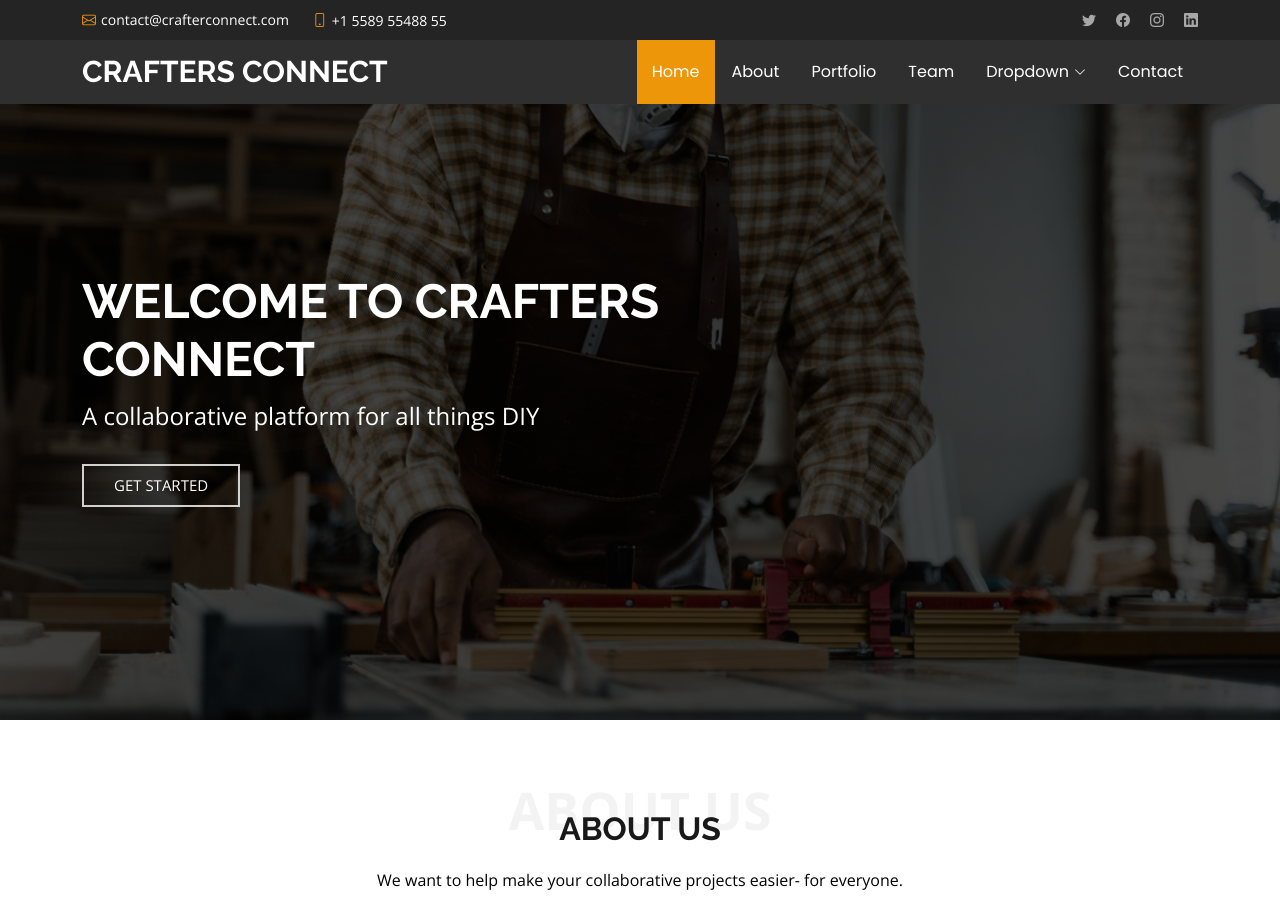
Repository: alemunden/Crafter-Connect-Marketing-Website
Page: index.html
An editor plug-in stored every save of this project. The page is shown before and after the next save, followed by the edit.
The browser window is 1280 px wide. The pictures show the part of the page from y = 0 to 908 px (the page is 4850 px tall).
A picture or video elsewhere on the page could not be fetched, so the positions and the page height are approximate.

Above is the page before, as saved 2024-05-14 22:52:14.

### index.html
<!DOCTYPE html>
<html lang="en">

<head>
  <meta charset="utf-8">
  <meta content="width=device-width, initial-scale=1.0" name="viewport">
  <title>Crafters Connect</title>
  <meta content="" name="description">
  <meta content="" name="keywords">

  <!-- Favicons -->
  <link href="assets/img/favicon.png" rel="icon">
  <link href="assets/img/apple-touch-icon.png" rel="apple-touch-icon">

  <!-- Fonts -->
  <link href="https://fonts.googleapis.com" rel="preconnect">
  <link href="https://fonts.gstatic.com" rel="preconnect" crossorigin>
  <link href="https://fonts.googleapis.com/css2?family=Open+Sans:ital,wght@0,300;0,400;0,500;0,600;0,700;0,800;1,300;1,400;1,500;1,600;1,700;1,800&family=Poppins:ital,wght@0,100;0,200;0,300;0,400;0,500;0,600;0,700;0,800;0,900;1,100;1,200;1,300;1,400;1,500;1,600;1,700;1,800;1,900&family=Raleway:ital,wght@0,100;0,200;0,300;0,400;0,500;0,600;0,700;0,800;0,900;1,100;1,200;1,300;1,400;1,500;1,600;1,700;1,800;1,900&display=swap" rel="stylesheet">

  <!-- Vendor CSS Files -->
  <link href="assets/vendor/bootstrap/css/bootstrap.min.css" rel="stylesheet">
  <link href="assets/vendor/bootstrap-icons/bootstrap-icons.css" rel="stylesheet">
  <link href="assets/vendor/aos/aos.css" rel="stylesheet">
  <link href="assets/vendor/swiper/swiper-bundle.min.css" rel="stylesheet">
  <link href="assets/vendor/glightbox/css/glightbox.min.css" rel="stylesheet">

  <!-- Main CSS File -->
  <link href="assets/css/main.css" rel="stylesheet">

  <!-- =======================================================
  * Template Name: Day
  * Template URL: https://bootstrapmade.com/day-multipurpose-html-template-for-free/
  * Updated: May 10 2024 with Bootstrap v5.3.3
  * Author: BootstrapMade.com
  * License: https://bootstrapmade.com/license/
  ======================================================== -->
</head>

<body class="index-page">

  <header id="header" class="header fixed-top">

    <div class="topbar d-flex align-items-center">
      <div class="container d-flex justify-content-center justify-content-md-between">
        <div class="contact-info d-flex align-items-center">
          <i class="bi bi-envelope d-flex align-items-center"><a href="mailto:contact@example.com">contact@crafterconnect.com</a></i>
          <i class="bi bi-phone d-flex align-items-center ms-4"><span>+1 5589 55488 55</span></i>
        </div>
        <div class="social-links d-none d-md-flex align-items-center">
          <a href="#" class="twitter"><i class="bi bi-twitter"></i></a>
          <a href="#" class="facebook"><i class="bi bi-facebook"></i></a>
          <a href="#" class="instagram"><i class="bi bi-instagram"></i></a>
          <a href="#" class="linkedin"><i class="bi bi-linkedin"></i></a>
        </div>
      </div>
    </div><!-- End Top Bar -->

    <div class="branding d-flex align-items-center">

      <div class="container position-relative d-flex align-items-center justify-content-between">
        <a href="index.html" class="logo d-flex align-items-center">
          <!-- Uncomment the line below if you also wish to use an image logo -->
          <!-- <img src="assets/img/logo.png" alt=""> -->
          <h1 class="sitename">Crafters Connect</h1>
        </a>

        <nav id="navmenu" class="navmenu">
          <ul>
            <li><a href="#hero" class="">Home</a></li>
            <li><a href="#about">About</a></li>
            <li><a href="#portfolio">Portfolio</a></li>
            <li><a href="#team">Team</a></li>
            <li class="dropdown"><a href="#"><span>Dropdown</span> <i class="bi bi-chevron-down toggle-dropdown"></i></a>
              <ul>
                <li><a href="#">Dropdown 1</a></li>
                <li class="dropdown"><a href="#"><span>Deep Dropdown</span> <i class="bi bi-chevron-down toggle-dropdown"></i></a>
                  <ul>
                    <li><a href="#">Deep Dropdown 1</a></li>
                    <li><a href="#">Deep Dropdown 2</a></li>
                    <li><a href="#">Deep Dropdown 3</a></li>
                    <li><a href="#">Deep Dropdown 4</a></li>
                    <li><a href="#">Deep Dropdown 5</a></li>
                  </ul>
                </li>
                <li><a href="#">Dropdown 2</a></li>
                <li><a href="#">Dropdown 3</a></li>
                <li><a href="#">Dropdown 4</a></li>
              </ul>
            </li>
            <li><a href="#contact">Contact</a></li>
          </ul>
          <i class="mobile-nav-toggle d-xl-none bi bi-list"></i>
        </nav>
      </div>

    </div>

  </header>

  <main class="main">

    <!-- Hero Section -->
    <section id="hero" class="hero section">

      <img src="assets/img/hero-bg.jpg" alt="" data-aos="fade-in">

      <div class="container" data-aos="fade-up" data-aos-delay="100">
        <div class="row justify-content-start">
          <div class="col-lg-8">
            <h2 class="">Welcome to Crafters Connect</h2>
            <p>A collaborative platform for all things DIY</p>
            <a href="#about" class="btn-get-started">Get Started</a>
          </div>
        </div>
      </div>

    </section><!-- /Hero Section -->

    <!-- About Section -->
    <section id="about" class="about section">

      <!-- Section Title -->
      <div class="container section-title" data-aos="fade-up">
        <span class="">About Us<br></span>
        <h2 class="">About Us<br></h2>
        <p>We want to help make your collaborative projects easier- for everyone.</p>
      </div><!-- End Section Title -->

      <div class="container">

        <div class="row gy-4">

          <div class="col-lg-6 order-1 order-lg-2" data-aos="fade-up" data-aos-delay="100">
            <video src="assets/img/Final.mp4" class="img-fluid" alt="" autoplay muted loop>
          </div>

          <div class="col-lg-6 order-2 order-lg-1 content" data-aos="fade-up" data-aos-delay="200">
            <h3>An All-Purpose App</h3>
            <p class="fst-italic">
              Crafter Connect is an app designed by creators, for creators.
            </p>
            <ul>
              <li><i class="bi bi-check-circle"></i> <span>Real-time editing and sharing of files between collaborators</span></li>
              <li><i class="bi bi-check-circle"></i> <span>Project progress indicators</span></li>
              <li><i class="bi bi-check-circle"></i> <span>A community full of artists and creators ready to share their projects</span></li>
            </ul>
          </div>

        </div>

      </div>

    </section><!-- /About Section -->

    <!-- Cards Section -->
    <section id="cards" class="cards section">

      <div class="container">

        <div class="row no-gutters">

          <div class="col-lg-4 col-md-6 card" data-aos="fade-up" data-aos-delay="100">
            <span>01</span>
            <h4>Create Projects</h4>
            <p>Start a DIY project in our app using our innovative tools such as a built-in tutorial editor and a video section.</p>
          </div><!-- End Card Item -->

          <div class="col-lg-4 col-md-6 card" data-aos="fade-up" data-aos-delay="200">
            <span>02</span>
            <h4>Invite Collaborators</h4>
            <p>Invite other creators and collaborators to work together on something you love.</p>
          </div><!-- End Card Item -->

          <div class="col-lg-4 col-md-6 card" data-aos="fade-up" data-aos-delay="300">
            <span>03</span>
            <h4>Set Milestones</h4>
            <p>Create milestones to gauge your progress in a way that feels more rewarding than just a simple to-do list.</p>
          </div><!-- End Card Item -->

          <div class="col-lg-4 col-md-6 card" data-aos="fade-up" data-aos-delay="400">
            <span>04</span>
            <h4>Manage Your Files</h4>
            <p>Add, remove, and edit files related to your project all in real-time with your fellow collaborators in a shared space.</p>
          </div><!-- End Card Item -->

          <div class="col-lg-4 col-md-6 card" data-aos="fade-up" data-aos-delay="400">
            <span>05</span>
            <h4>Share Your Creations</h4>
            <p>Share your projects with the world, whether it's on our creator community or on other platforms.</p>
          </div><!-- End Card Item -->

          <div class="col-lg-4 col-md-6 card" data-aos="fade-up" data-aos-delay="600">
            <span>06</span>
            <h4>Visit the Community</h4>
            <p>Discover a dedicated community of other creators and their DIY projects in our community posts.</p>
          </div><!-- End Card Item -->

        </div>

      </div>

    </section><!-- /Cards Section -->

    <!-- Call To Action Section -->
    <section id="call-to-action" class="call-to-action section">

      <div class="container">
        <div class="row justify-content-center" data-aos="zoom-in" data-aos-delay="100">
          <div class="col-xl-10">
            <div class="text-center">
              <h3>About our App</h3>
              <p>Crafters Connect is a collaborative platform for any and all Do-It-Yourself projects from home improvement to everyday crafting. Create a central place to share anything and everything about your project, and invite other collaborators to help work with you, share their project, and update important milestones. Once you've completed something, why not share it with the world? Crafters Connect features a community of creators and crafters just like you who are eager to put their creations out there using our dedicated community forum and posts. Whether you are a real hard worker, a casual crafter, or even just someone who likes to help out others, Crafters Connect has a place for you.</p>
            </div>
          </div>
        </div>
      </div>

    </section><!-- /Call To Action Section -->

    <!-- Team Section -->
    <section id="team" class="team section">

      <!-- Section Title -->
      <div class="container section-title" data-aos="fade-up">
        <span class="">Team</span>
        <h2>Team</h2>
        <p>The people behind our app!</p>
      </div><!-- End Section Title -->

      <div class="container">

        <div class="row">

          <div class="col-lg-4 col-md-6 d-flex" data-aos="fade-up" data-aos-delay="100">
            <div class="member">
              <img src="assets/img/team/team-1.jpg" class="img-fluid" alt="">
              <div class="member-content">
                <h4>Katelyn Starchuk</h4>
                <span>UX/UI/User Research</span>
                <div class="social">
                  <a href=""><i class="bi bi-twitter"></i></a>
                  <a href=""><i class="bi bi-facebook"></i></a>
                  <a href=""><i class="bi bi-instagram"></i></a>
                  <a href=""><i class="bi bi-linkedin"></i></a>
                </div>
              </div>
            </div>
          </div><!-- End Team Member -->

          <div class="col-lg-4 col-md-6 d-flex" data-aos="fade-up" data-aos-delay="200">
            <div class="member">
              <img src="assets/img/team/sandyphoto.jpg" class="img-fluid" alt="">
              <div class="member-content">
                <h4>Sandy San</h4>
                <span>Dev</span>
                <div class="social">
                  <a href=""><i class="bi bi-twitter"></i></a>
                  <a href=""><i class="bi bi-facebook"></i></a>
                  <a href=""><i class="bi bi-instagram"></i></a>
                  <a href=""><i class="bi bi-linkedin"></i></a>
                </div>
              </div>
            </div>
          </div><!-- End Team Member -->

          <div class="col-lg-4 col-md-6 d-flex" data-aos="fade-up" data-aos-delay="300">
            <div class="member">
              <img src="assets/img/team/team-3.jpg" class="img-fluid" alt="">
              <div class="member-content">
                <h4>Alejandra Munden</h4>
                <span>Graphics/Creative Designer</span>
                <div class="social">
                  <a href=""><i class="bi bi-twitter"></i></a>
                  <a href=""><i class="bi bi-facebook"></i></a>
                  <a href=""><i class="bi bi-instagram"></i></a>
                  <a href=""><i class="bi bi-linkedin"></i></a>
                </div>
              </div>
            </div>
          </div><!-- End Team Member -->

          <div class="col-lg-4 col-md-6 d-flex" data-aos="fade-up" data-aos-delay="300">
            <div class="member">
              <img src="assets/img/team/team-3.jpg" class="img-fluid" alt="">
              <div class="member-content">
                <h4>Yeongtaek Lee</h4>
                <span>Biz/Dev</span>
                <div class="social">
                  <a href=""><i class="bi bi-twitter"></i></a>
                  <a href=""><i class="bi bi-facebook"></i></a>
                  <a href=""><i class="bi bi-instagram"></i></a>
                  <a href=""><i class="bi bi-linkedin"></i></a>
                </div>
              </div>
            </div>
          </div><!-- End Team Member -->

        </div>

      </div>

    </section><!-- /Team Section -->

    <!-- Contact Section -->
    <section id="contact" class="contact section">

      <!-- Section Title -->
      <div class="container section-title" data-aos="fade-up">
        <span class="">Contact</span>
        <h2 class="">Contact</h2>
        <p>Necessitatibus eius consequatur ex aliquid fuga eum quidem sint consectetur velit</p>
      </div><!-- End Section Title -->

      <div class="container" data-aos="fade-up" data-aos-delay="100">

        <div class="row gy-4">

          <div class="col-lg-6">
            <div class="info-item d-flex flex-column justify-content-center align-items-center" data-aos="fade-up" data-aos-delay="200">
              <i class="bi bi-geo-alt"></i>
              <h3>Address</h3>
              <p>A108 Adam Street, New York, NY 535022</p>
            </div>
          </div><!-- End Info Item -->

          <div class="col-lg-3 col-md-6">
            <div class="info-item d-flex flex-column justify-content-center align-items-center" data-aos="fade-up" data-aos-delay="300">
              <i class="bi bi-telephone"></i>
              <h3>Call Us</h3>
              <p>+1 5589 55488 55</p>
            </div>
          </div><!-- End Info Item -->

          <div class="col-lg-3 col-md-6">
            <div class="info-item d-flex flex-column justify-content-center align-items-center" data-aos="fade-up" data-aos-delay="400">
              <i class="bi bi-envelope"></i>
              <h3>Email Us</h3>
              <p>info@example.com</p>
            </div>
          </div><!-- End Info Item -->

        </div>

        <div class="row gy-4 mt-1">
          <div class="col-lg-6" data-aos="fade-up" data-aos-delay="300">
            <iframe src="https://www.google.com/maps/embed?pb=!1m14!1m8!1m3!1d48389.78314118045!2d-74.006138!3d40.710059!3m2!1i1024!2i768!4f13.1!3m3!1m2!1s0x89c25a22a3bda30d%3A0xb89d1fe6bc499443!2sDowntown%20Conference%20Center!5e0!3m2!1sen!2sus!4v1676961268712!5m2!1sen!2sus" frameborder="0" style="border:0; width: 100%; height: 400px;" allowfullscreen="" loading="lazy" referrerpolicy="no-referrer-when-downgrade"></iframe>
          </div><!-- End Google Maps -->

          <div class="col-lg-6">
            <form action="forms/contact.php" method="post" class="php-email-form" data-aos="fade-up" data-aos-delay="400">
              <div class="row gy-4">

                <div class="col-md-6">
                  <input type="text" name="name" class="form-control" placeholder="Your Name" required="">
                </div>

                <div class="col-md-6 ">
                  <input type="email" class="form-control" name="email" placeholder="Your Email" required="">
                </div>

                <div class="col-md-12">
                  <input type="text" class="form-control" name="subject" placeholder="Subject" required="">
                </div>

                <div class="col-md-12">
                  <textarea class="form-control" name="message" rows="6" placeholder="Message" required=""></textarea>
                </div>

                <div class="col-md-12 text-center">
                  <div class="loading">Loading</div>
                  <div class="error-message"></div>
                  <div class="sent-message">Your message has been sent. Thank you!</div>

                  <button type="submit">Send Message</button>
                </div>

              </div>
            </form>
          </div><!-- End Contact Form -->

        </div>

      </div>

    </section><!-- /Contact Section -->

  </main>

  <footer id="footer" class="footer position-relative">

    <div class="container footer-top">
      <div class="row gy-4">
        <div class="col-lg-4 col-md-6">
          <div class="footer-about">
            <a href="index.html" class="logo sitename">Crafter Connect</a>
            <div class="footer-contact pt-3">
              <p>A108 Adam Street</p>
              <p>New York, NY 535022</p>
              <p class="mt-3"><strong>Phone:</strong> <span>+1 5589 55488 55</span></p>
              <p><strong>Email:</strong> <span>info@crafterconnect.com</span></p>
            </div>
            <div class="social-links d-flex mt-4">
              <a href=""><i class="bi bi-twitter"></i></a>
              <a href=""><i class="bi bi-facebook"></i></a>
              <a href=""><i class="bi bi-instagram"></i></a>
              <a href=""><i class="bi bi-linkedin"></i></a>
            </div>
          </div>
        </div>

        <div class="col-lg-2 col-md-3 footer-links">
          <h4>Useful Links</h4>
          <ul>
            <li><a href="#">Home</a></li>
            <li><a href="#">About us</a></li>
            <li><a href="#">Services</a></li>
            <li><a href="#">Terms of service</a></li>
            <li><a href="#">Privacy policy</a></li>
          </ul>
        </div>

        <div class="col-lg-4 col-md-12 footer-newsletter">
          <h4>Our Newsletter</h4>
          <p>Subscribe to our newsletter and receive the latest news about our products and services!</p>
          <form action="forms/newsletter.php" method="post" class="php-email-form">
            <div class="newsletter-form"><input type="email" name="email"><input type="submit" value="Subscribe"></div>
            <div class="loading">Loading</div>
            <div class="error-message"></div>
            <div class="sent-message">Your subscription request has been sent. Thank you!</div>
          </form>
        </div>

      </div>
    </div>

    <div class="container copyright text-center mt-4">
      <p>© <span>Copyright</span> <strong class="px-1 sitename">Day</strong> <span>All Rights Reserved</span></p>
      <div class="credits">
        <!-- All the links in the footer should remain intact. -->
        <!-- You can delete the links only if you've purchased the pro version. -->
        <!-- Licensing information: https://bootstrapmade.com/license/ -->
        <!-- Purchase the pro version with working PHP/AJAX contact form: [buy-url] -->
        Designed by <a href="https://bootstrapmade.com/">BootstrapMade</a>
      </div>
    </div>

  </footer>

  <!-- Scroll Top -->
  <a href="#" id="scroll-top" class="scroll-top d-flex align-items-center justify-content-center"><i class="bi bi-arrow-up-short"></i></a>

  <!-- Preloader -->
  <div id="preloader"></div>

  <!-- Vendor JS Files -->
  <script src="assets/vendor/bootstrap/js/bootstrap.bundle.min.js"></script>
  <script src="assets/vendor/php-email-form/validate.js"></script>
  <script src="assets/vendor/aos/aos.js"></script>
  <script src="assets/vendor/swiper/swiper-bundle.min.js"></script>
  <script src="assets/vendor/glightbox/js/glightbox.min.js"></script>
  <script src="assets/vendor/imagesloaded/imagesloaded.pkgd.min.js"></script>
  <script src="assets/vendor/isotope-layout/isotope.pkgd.min.js"></script>

  <!-- Main JS File -->
  <script src="assets/js/main.js"></script>

</body>

</html>

Loaded but not shown: assets/vendor/bootstrap/css/bootstrap.min.css (library); assets/vendor/bootstrap-icons/bootstrap-icons.css (library); assets/vendor/aos/aos.css (library); assets/vendor/swiper/swiper-bundle.min.css (library); assets/vendor/glightbox/css/glightbox.min.css (library); assets/vendor/bootstrap/js/bootstrap.bundle.min.js (library); assets/vendor/php-email-form/validate.js (common file); assets/vendor/aos/aos.js (library); assets/vendor/swiper/swiper-bundle.min.js (library); assets/vendor/glightbox/js/glightbox.min.js (library); assets/vendor/imagesloaded/imagesloaded.pkgd.min.js (library); assets/vendor/isotope-layout/isotope.pkgd.min.js (library); assets/js/main.js (198 lines, source omitted); assets/css/main.css (1695 lines, source omitted)

After the next save:
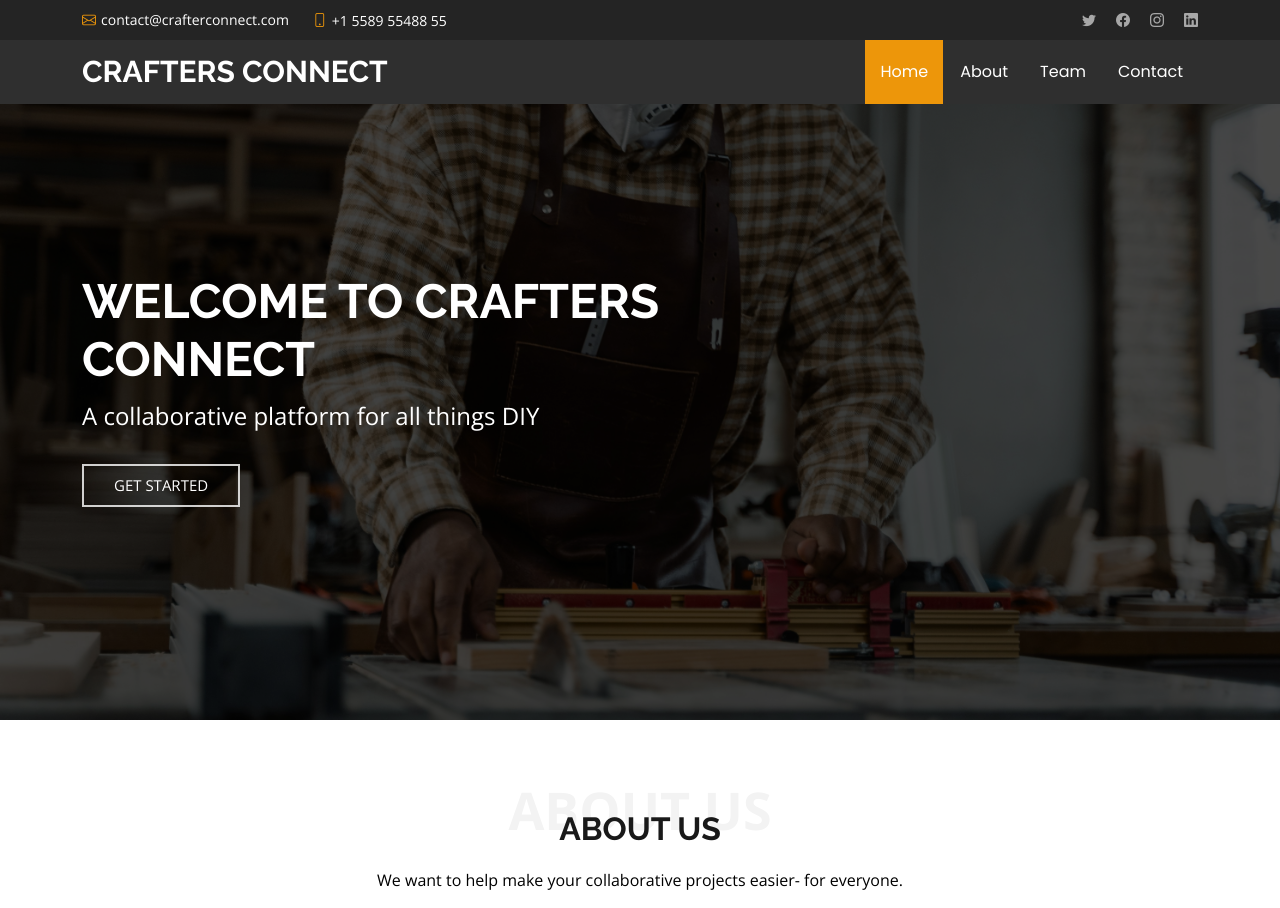
Saved 30 s later.
--- a/index.html
+++ b/index.html
@@ -68,25 +68,7 @@
           <ul>
             <li><a href="#hero" class="">Home</a></li>
             <li><a href="#about">About</a></li>
-            <li><a href="#portfolio">Portfolio</a></li>
             <li><a href="#team">Team</a></li>
-            <li class="dropdown"><a href="#"><span>Dropdown</span> <i class="bi bi-chevron-down toggle-dropdown"></i></a>
-              <ul>
-                <li><a href="#">Dropdown 1</a></li>
-                <li class="dropdown"><a href="#"><span>Deep Dropdown</span> <i class="bi bi-chevron-down toggle-dropdown"></i></a>
-                  <ul>
-                    <li><a href="#">Deep Dropdown 1</a></li>
-                    <li><a href="#">Deep Dropdown 2</a></li>
-                    <li><a href="#">Deep Dropdown 3</a></li>
-                    <li><a href="#">Deep Dropdown 4</a></li>
-                    <li><a href="#">Deep Dropdown 5</a></li>
-                  </ul>
-                </li>
-                <li><a href="#">Dropdown 2</a></li>
-                <li><a href="#">Dropdown 3</a></li>
-                <li><a href="#">Dropdown 4</a></li>
-              </ul>
-            </li>
             <li><a href="#contact">Contact</a></li>
           </ul>
           <i class="mobile-nav-toggle d-xl-none bi bi-list"></i>
